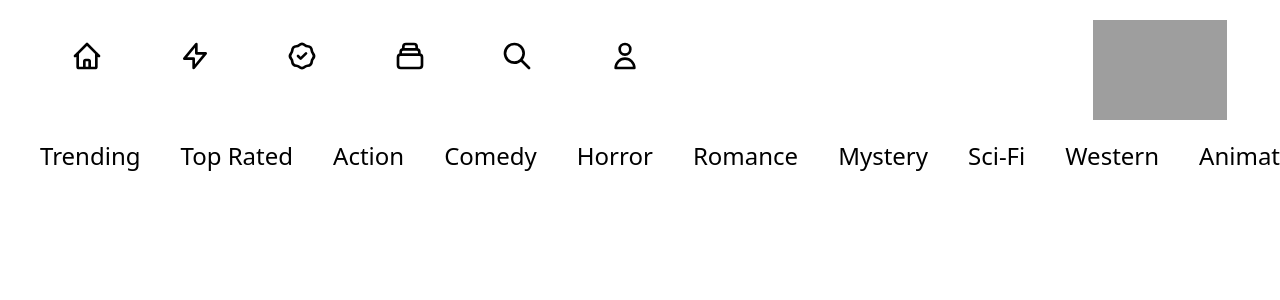
Repository: jafredk/hulu-2
Page: /
These files come from the project's save history. The page is drawn as it stood at one moment and after the next save; the edit follows.
The browser window is 1280 px wide. The pictures show the whole page.
Pictures or frames that could not be fetched are drawn as grey boxes. The project was rebuilt for these pictures with package versions that can differ from the ones it lists, and the page was loaded fresh each time. The framework's server and built-in components were replaced by stand-ins that run in the browser. Also part of the build but not shown: next.config.js.

Above is the page before, as saved 2021-11-02 12:10:54.

After the next save:
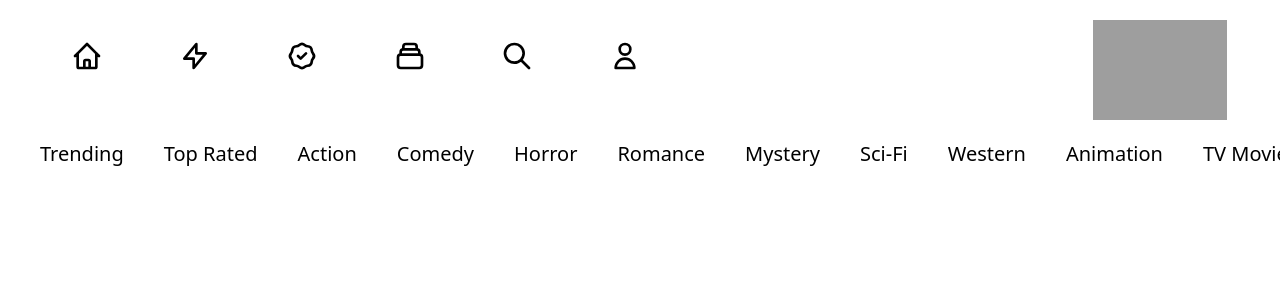
Saved 21 s later.
--- a/components/Nav.js
+++ b/components/Nav.js
@@ -3,7 +3,7 @@ import requests from "../utils/requests";
 function Nav() {
     return (
         <nav>
-            <div className="flex px-7 flex-row space-x-5 sm:space-x-10 overflow-scroll sm:px-10 text-2xl whitespace-nowrap scrollbar-hide">
+            <div className="flex px-7 flex-row space-x-5 sm:space-x-10 overflow-scroll sm:px-10 text-xl whitespace-nowrap scrollbar-hide">
                 {Object.entries(requests).map(([key, { title, url }]) => (
                     <h2 key={key} className=" last:pr-24 cursor-pointer transition duration-100 transform hover:scale-125 hover:text-white active:text-red-500 " >{title}</h2>
                 ))}
